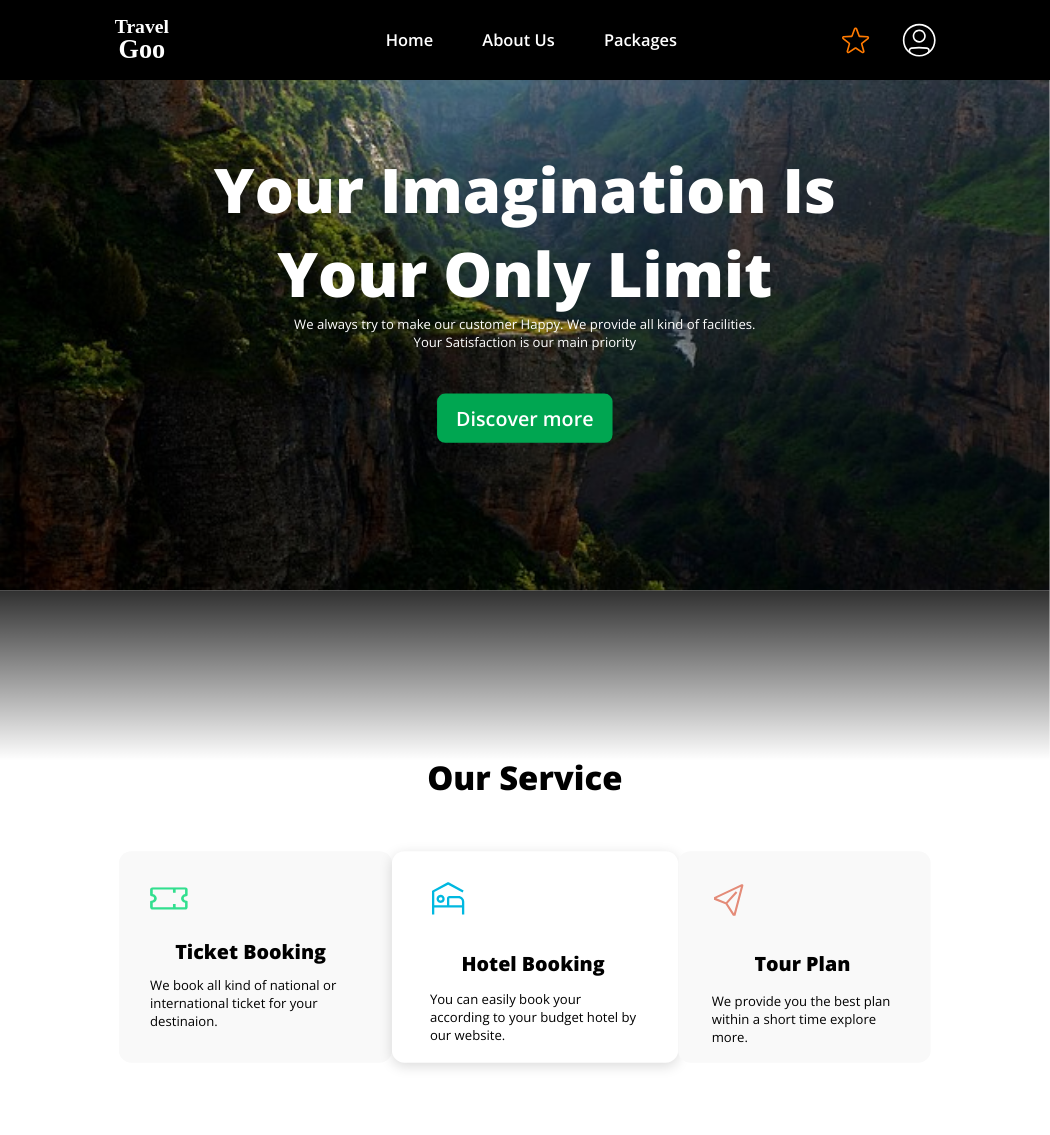
Repository: simralgasimov/back-project
Page: index.html
An editor plug-in stored every save of this project. The page is shown before and after a run of saves, followed by the edit.
The browser window is 1280 px wide. The pictures show the whole page, at 82% of full size.
Some web fonts or font styles are not loaded; a fallback is used.

Above is the page before, as saved 2023-09-27 13:50:30.

### index.html
<!DOCTYPE html>
<html lang="en">
  <head>
    <meta charset="UTF-8" />
    <meta name="viewport" content="width=device-width, initial-scale=1.0" />
    <title>Document</title>
    <link rel="stylesheet" href="./index.css" />
  </head>
  <body>
    <div class="container">
      <div class="container-1">
        <div class="navbar">
          <a href="#">
            <!-- <div class="logo">
              Travel
              <div>Goo</div>
            </div> -->
            <p class="logo">
              Travel
              <span>
                Goo
              </span>
            </p>
          </a>

          <div class="menu">
            <ul>
              <li>Home</li>
              <li>About Us</li>
              <li>Packages</li>
            </ul>
          </div>
          <div class="icon">
            <img src="./clarity_favorite-line.svg" alt="" />
            <img src="./healthicons_ui-user-profile-outline.svg" alt="" />
          </div>
        </div>
        <main>
          <h1>Your Imagination Is Your Only Limit</h1>
          <p>
            We always try to make our customer Happy. We provide all kind of
            facilities. Your Satisfaction is our main priority
          </p>
          <button>
            <a href="#">Discover more</a>
          </button>
        </main>
      </div>
      <div class="container-2">
        <h2>Our Service</h2>
        <div class="services">
          <div class="ticket">
            <img src="./Vector.svg" alt="" />
            <h1>Ticket Booking</h1>
            <p>
              We book all kind of national or international ticket for your
              destinaion.
            </p>
          </div>
          <div class="hotel">
            <img src="./carbon_hotel.svg" alt="" />
            <h1>Hotel Booking</h1>
            <p>
              You can easily book your according to your budget hotel by our
              website.
            </p>
          </div>
          <div class="tour">
            <img src="./cil_paper-plane.svg" alt="" />
            <h1>Tour Plan</h1>
            <p>
              We provide you the best plan within a short time explore more.
            </p>
          </div>
        </div>
      </div>
    </div>
  </body>
</html>

### index.css
@import url("https://fonts.googleapis.com/css2?family=Laila:wght@400;600;700&family=Open+Sans:wght@400;600;800&display=swap");
* {
  padding: 0;
  margin: 0;
  box-sizing: border-box;
}

.container {
  /* position: relative;
  z-index: 0; */
  /* padding: 32px 145px 63px 100px; */
  min-height: 100vh;
  width: 100%;

}
a{
  text-decoration: none;
}
.container .navbar {
  width: 100%;
  padding: 20px 135px;
  display: flex;
  justify-content: space-between;
  align-items: center;
  /* margin: auto; */
  position: fixed;
  top: 0;
  background-color: black;
}
.container-1{
  min-height: 100vh;
  display: flex;
  flex-direction: column;
  align-items: center;
  justify-content: center;
  background-image: url("./canyon-1740973_640.jpg");
  background-repeat: no-repeat;
  background-size: 100% 100%;
}
.container .navbar .logo {
  width: 76px;


  color: #FFF;
text-align: center;
font-family: Laila;
font-size: 24px;
font-style: normal;
font-weight: 700;
line-height: 102.5%; /* 24.6px */
}
.container .navbar .logo span{
  color: #FFF;
font-family: Laila;
font-size: 32px;
font-style: normal;
font-weight: 700;
line-height: 102.5%;
}

.container .navbar .menu ul {
  list-style-type: none;
  display: flex;
}

.container .navbar .menu ul li {
  color: #fff;
  font-family: Open Sans;
  font-size: 20px;
  font-style: normal;
  font-weight: 600;
  line-height: normal;
  justify-content: space-between;
  margin-left: 60px;
}

.container .navbar .icon {
  display: flex;
  justify-content: space-between;
  align-items: center;
}

.container .navbar .icon img:first-child {
  margin-right: 36px;
  width: 36px;
  height: 36px;
}
.container .navbar .icon img:last-child {
  width: 48px;
  height: 48px;
}

.container .box {
  display: flex;
  justify-content: center;
  text-align: center;
}
.container .container-1 h1 {
  width: 779px;
  color: #fff;
  text-align: center;
  font-family: Open Sans;
  font-size: 75px;
  font-style: normal;
  font-weight: 800;
  line-height: normal;
  /* margin-top: 250px; */
}

.container .text-box {
  margin-top: 57px;
  display: flex;
  justify-content: center;
  text-align: center;
}
.container .container-1  p {
  width: 568px;
  color: #fff;
  text-align: center;
  font-family: Open Sans;
  font-size: 16px;
  font-style: normal;
  font-weight: 400;
  line-height: normal;
}

.container .container-1  button {
  border: none;
  width: 214px;
  height: 60px;
  border-radius: 10px;
  background: #00a651;
  display: flex;
  justify-content: center;
  align-items: center;
  margin-top: 52px;
}

.container button a {
  text-decoration: none;
  color: #fff;
  text-align: center;
  font-family: Open Sans;
  font-size: 24px;
  font-style: normal;
  font-weight: 600;
  line-height: normal;
}

.container-2 {
  padding: 200px 145px 88px 145px;
  background: linear-gradient(
    180deg,
    rgba(0, 0, 0, 0.81) 0%,
    rgba(72, 72, 72, 0) 31.25%,
    rgba(158, 158, 158, 0) 77.6%,
    #fff 85.42%
  );
}

.container-2 h2 {
  margin-bottom: 63px;
  /* display: flex;
        text-align: center;
        justify-content: center; */
  color: #000;
  text-align: center;
  font-family: Open Sans;
  font-size: 40px;
  font-style: normal;
  font-weight: 700;
  line-height: normal;
}

.container-2 .services {
  display: flex;
  /* margin: auto; */
  justify-content: space-between;
}

.container-2 .services .ticket {
  padding: 44px 50px 20px 38px;
  /* width: 416px;
height: 232px; */
  border-radius: 15px;
  background: #f9f9f9;
}

.container-2 .services .ticket h1 {
  margin-top: 30px;
  margin-bottom: 13px;
  color: #000;
  text-align: center;
  font-family: Open Sans;
  font-size: 24px;
  font-style: normal;
  font-weight: 700;
  line-height: normal;
}

.container-2 .services .ticket p {
  color: #000;
  font-family: Open Sans;
  font-size: 16px;
  font-style: normal;
  font-weight: 400;
  line-height: normal;
}

.container-2 .services .hotel {
  padding: 35px 51px 20px 46px;
  border-radius: 15px;
  background: #fff;
  box-shadow: 0px 4px 16px 0px rgba(0, 0, 0, 0.15);
}

.container-2 .services .hotel h1 {
  margin-top: 36px;
  margin-bottom: 16px;
  color: #000;
  text-align: center;
  font-family: Open Sans;
  font-size: 24px;
  font-style: normal;
  font-weight: 700;
  line-height: normal;
}

.container-2 .services .hotel p {
  color: #000;
  font-family: Open Sans;
  font-size: 16px;
  font-style: normal;
  font-weight: 400;
  line-height: normal;
}

.container-2 .services .tour {
  padding: 39px 46px 20px 41px;
  border-radius: 15px;
  background: #f9f9f9;
}

.container-2 .services .tour h1 {
  margin-top: 36px;
  margin-bottom: 19px;
  color: #000;
  text-align: center;
  font-family: Open Sans;
  font-size: 24px;
  font-style: normal;
  font-weight: 700;
  line-height: normal;
}
.container-2 .services .tour p {
  color: #000;
  font-family: Open Sans;
  font-size: 16px;
  font-style: normal;
  font-weight: 400;
  line-height: normal;
}

.container .container-1 main{
  display: flex;
  flex-direction: column;
  align-items: center;
}

After the next 2 saves:
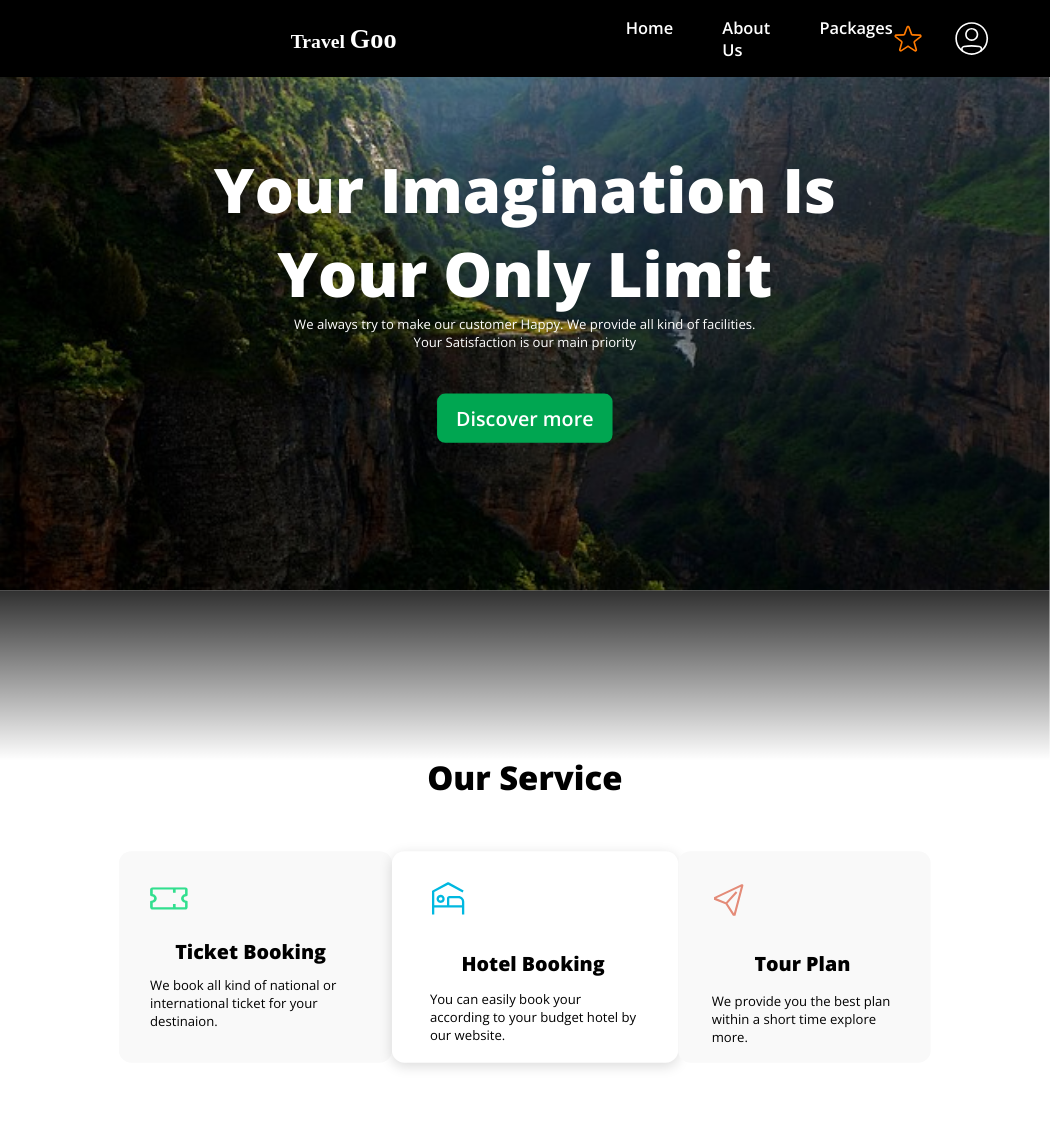
The 2 saves are shown as one change because they came seconds apart.
The last was saved 14 s later.
--- a/index.css
+++ b/index.css
@@ -11,9 +11,8 @@
   /* padding: 32px 145px 63px 100px; */
   min-height: 100vh;
   width: 100%;
-
-}
-a{
+}
+a {
   text-decoration: none;
 }
 .container .navbar {
@@ -27,7 +26,7 @@ a{
   top: 0;
   background-color: black;
 }
-.container-1{
+.container-1 {
   min-height: 100vh;
   display: flex;
   flex-direction: column;
@@ -38,24 +37,23 @@ a{
   background-size: 100% 100%;
 }
 .container .navbar .logo {
-  width: 76px;
-
-
-  color: #FFF;
-text-align: center;
-font-family: Laila;
-font-size: 24px;
-font-style: normal;
-font-weight: 700;
-line-height: 102.5%; /* 24.6px */
-}
-.container .navbar .logo span{
-  color: #FFF;
-font-family: Laila;
-font-size: 32px;
-font-style: normal;
-font-weight: 700;
-line-height: 102.5%;
+  /* width: 76px; */
+
+  color: #fff;
+  text-align: center;
+  font-family: Laila;
+  font-size: 24px;
+  font-style: normal;
+  font-weight: 700;
+  line-height: 102.5%; /* 24.6px */
+}
+.container .navbar .logo span {
+  color: #fff;
+  font-family: Laila;
+  font-size: 32px;
+  font-style: normal;
+  font-weight: 700;
+  line-height: 102.5%;
 }
 
 .container .navbar .menu ul {
@@ -113,7 +111,7 @@ line-height: 102.5%;
   justify-content: center;
   text-align: center;
 }
-.container .container-1  p {
+.container .container-1 p {
   width: 568px;
   color: #fff;
   text-align: center;
@@ -124,7 +122,7 @@ line-height: 102.5%;
   line-height: normal;
 }
 
-.container .container-1  button {
+.container .container-1 button {
   border: none;
   width: 214px;
   height: 60px;
@@ -261,7 +259,7 @@ height: 232px; */
   line-height: normal;
 }
 
-.container .container-1 main{
+.container .container-1 main {
   display: flex;
   flex-direction: column;
   align-items: center;
